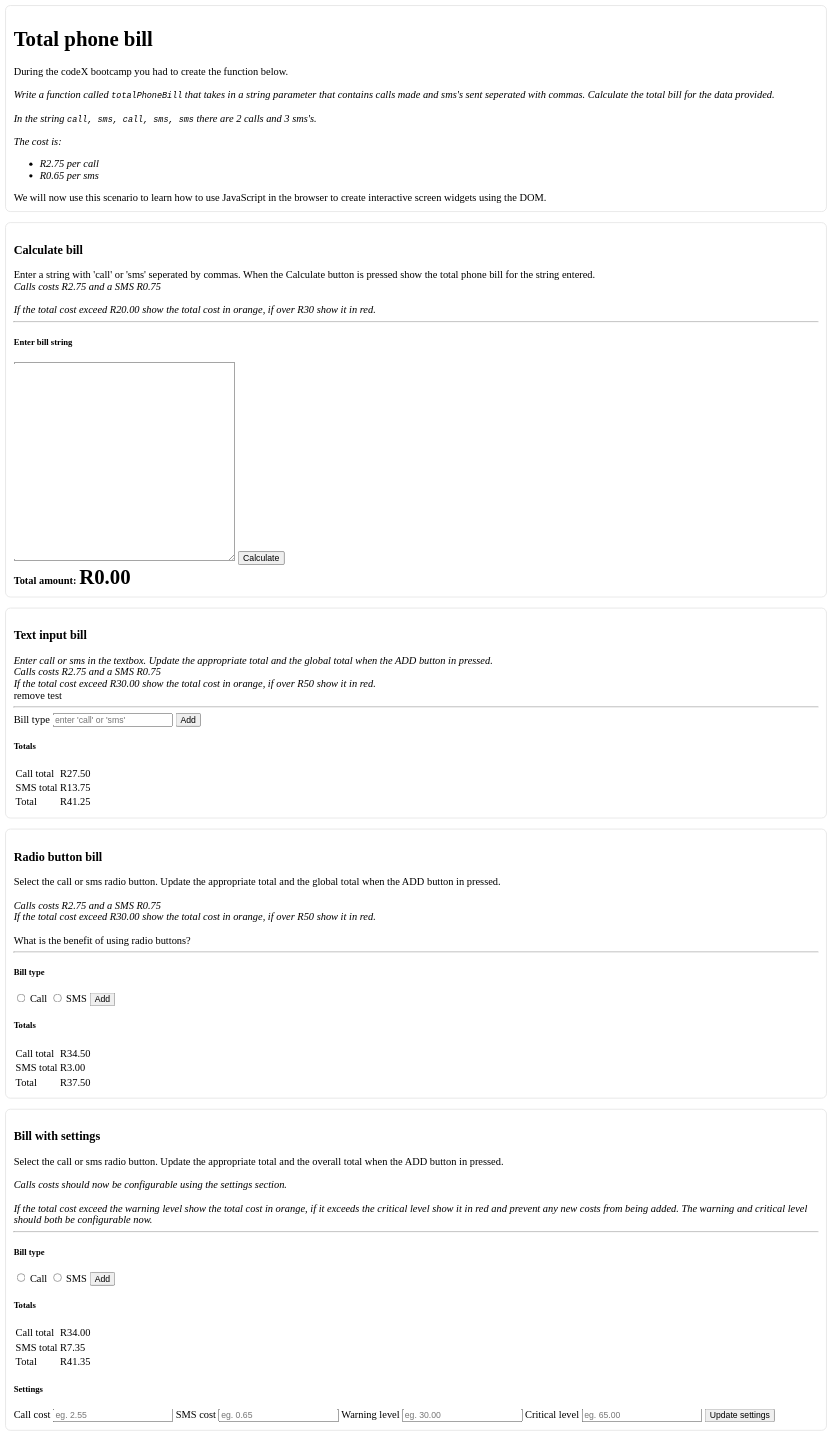
Repository: lasity34/Phone-bill
Page: index.html
The author's editor kept a copy of each file at every save. The page is drawn from the files as they stood at one save, then again after the next save.
The browser window is 1280 px wide. The pictures show the whole page, at 65% of full size.

Above is the page before, as saved 2023-03-30 11:19:31.
Not found: css/skeleton.css

After the next save:
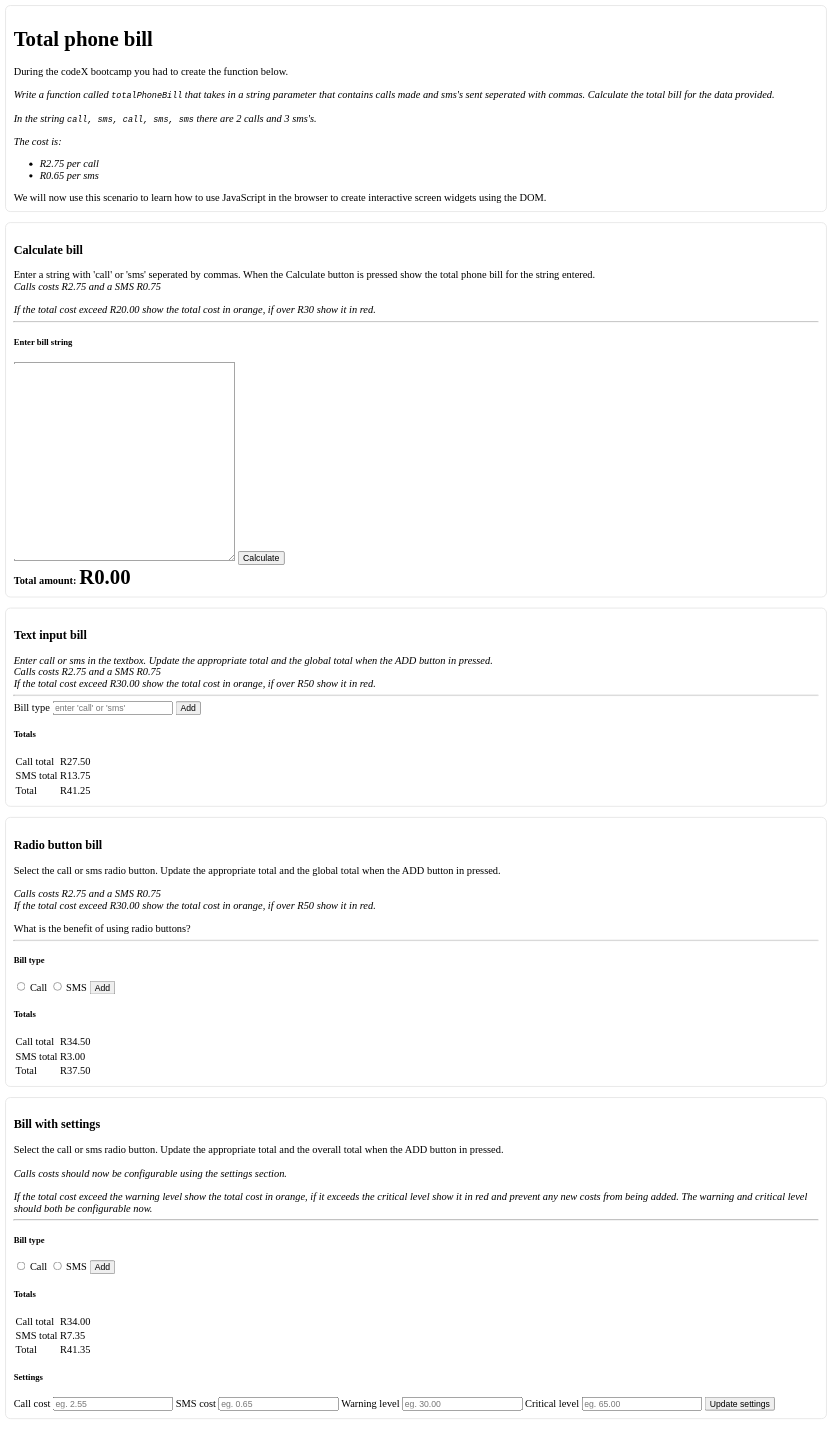
Saved 74 s later.
--- a/index.html
+++ b/index.html
@@ -80,7 +80,6 @@
           <div class="">
             <i>If the total cost exceed R30.00 show the total cost in orange, if over R50 show it in red.</i>
           </div>
-          remove test
           <hr>
 
           <div class="row">
